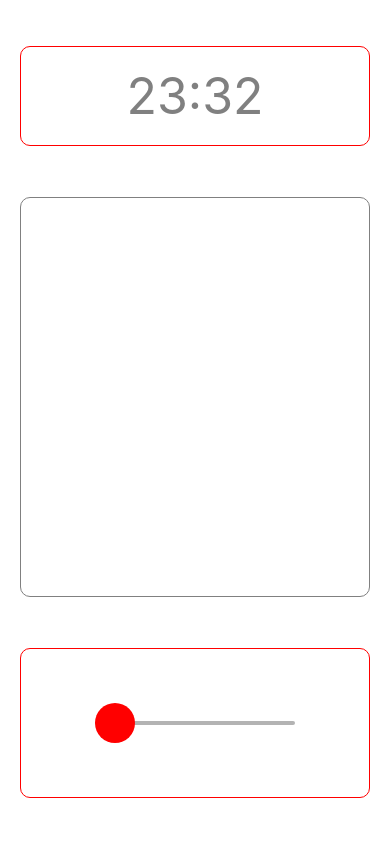
Repository: sonnke/imageResizer
Screen: /
These files come from the project's save history. The screen is drawn as it stood at one moment and after the next save; the edit follows.
The app was drawn by React Native's web renderer in a window 390 px wide. The project was rebuilt for these pictures with package versions that can differ from the ones it lists, and the page was loaded fresh each time.

Above is the screen before, as saved 2020-02-02 18:32:10.

After the next save:
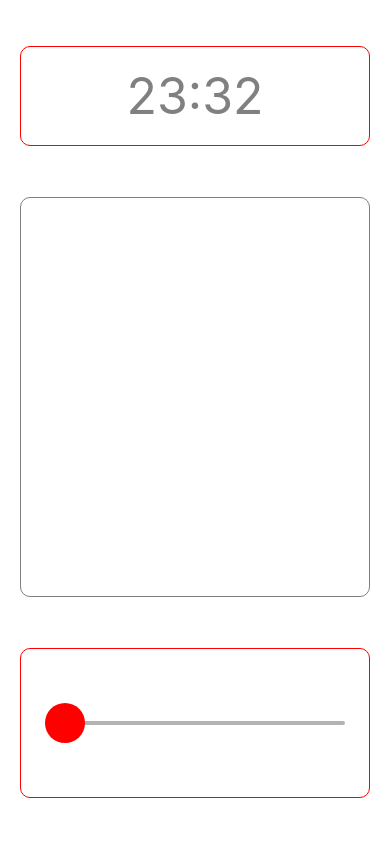
Saved 8 s later.
--- a/App.tsx
+++ b/App.tsx
@@ -64,7 +64,7 @@ export default function App() {
           minimumTrackTintColor={"#808080"}
           trackStyle={{
             // backgroundColor: "#808080",
-            width: 200
+            width: 300
           }}
         />
       </SliderContainer>
